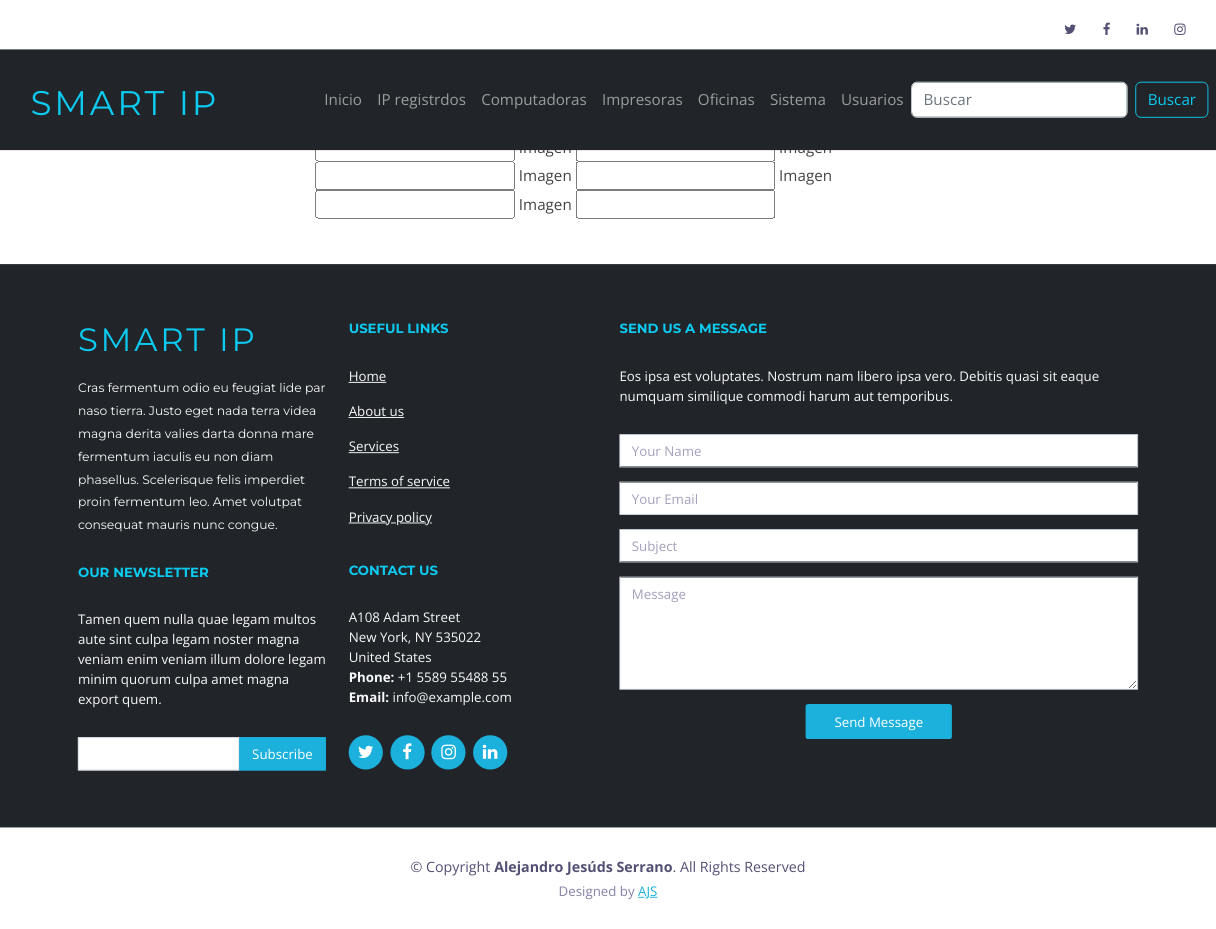
Repository: AlejandroJesusSerrano/SmartIPs
Page: smartip/smartipnav/templates/smartipnav/printer_form.html
An editor plug-in stored every save of this project. The page is shown before and after the next save, followed by the edit.
The browser window is 1280 px wide. The pictures show the whole page, at 95% of full size.
The page is served by the project's application, run on Django 4.2 (smartip/manage.py). The template is opened directly, without the code that normally fills it, so the values that code supplies are empty.

Above is the page before, as saved 2022-11-14 08:47:34.

After the next save:
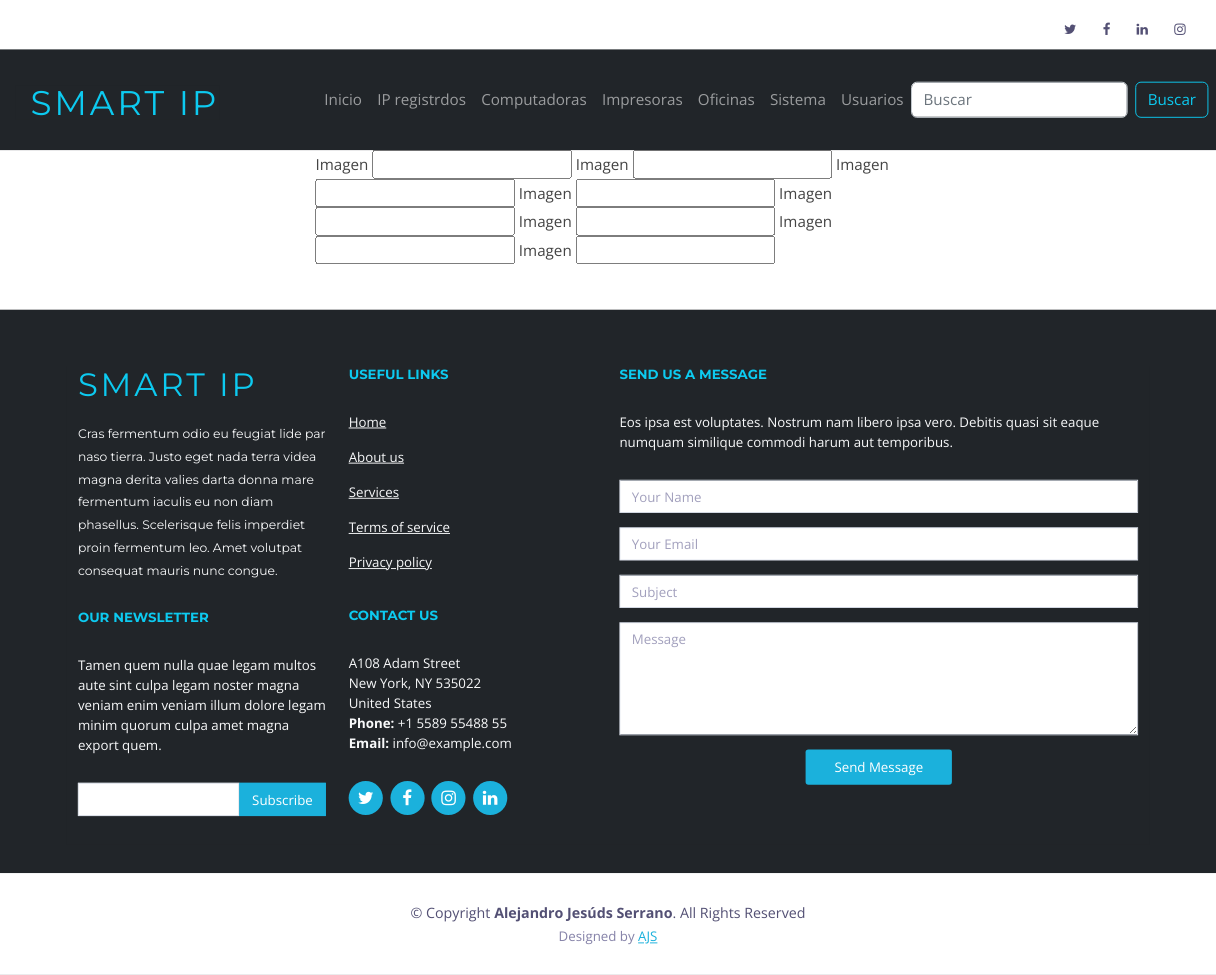
Saved 2 min 46 s later.
--- a/smartip/smartipnav/templates/smartipnav/printer_form.html
+++ b/smartip/smartipnav/templates/smartipnav/printer_form.html
@@ -3,7 +3,7 @@
 {% block content %}
 <section>
     <div class="container col-lg-6">
-        <form id=printer_add_form action="" method="post">
+        <form id=printer_add_form action="" method="post" class="mt-5">
             <label for="">Imagen</label>
             <input type="url" name="printer_image" id="printer_image">
 
